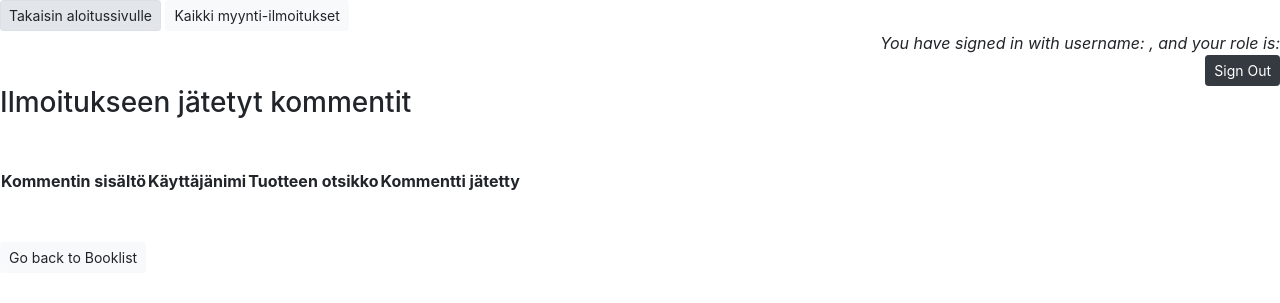
Repository: LiljestromNadja/Backend_s2023_harjoitustyo
Page: http://localhost/articleComments
The author's editor kept a copy of each file at every save. The page is drawn from the files as they stood at one save, then again after the next save.
The browser window is 1280 px wide. The pictures show the whole page.
The page is this project's Thymeleaf template; nobody is signed in. The template is opened directly, without the code that normally fills it, so the values that code supplies are empty.

Above is the page before, as saved 2023-11-09 17:56:15.

After the next save:
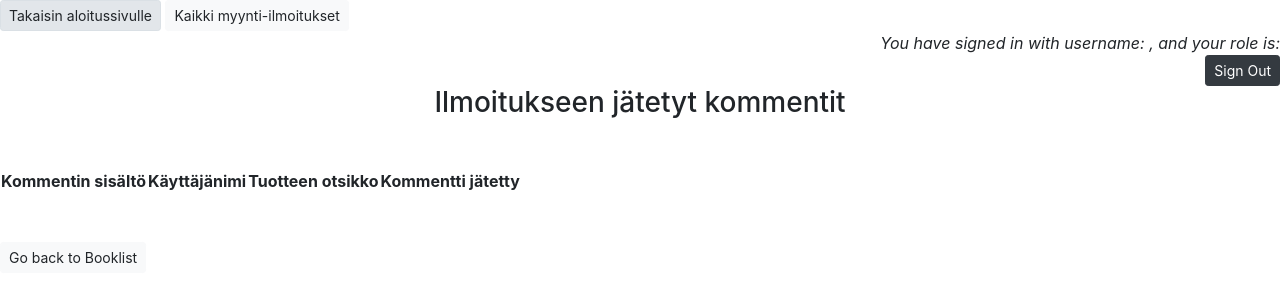
Saved 29 s later.
--- a/harkkas23v01/src/main/resources/templates/articleComments.html
+++ b/harkkas23v01/src/main/resources/templates/articleComments.html
@@ -24,7 +24,7 @@
 
 		</div>
 
-		<h3>Ilmoitukseen jätetyt kommentit</h3>
+		<h3 style="text-align: center">Ilmoitukseen jätetyt kommentit</h3>
 
 		<div style="clear: both; display: block; height: 40px;"></div>
 		<table>
